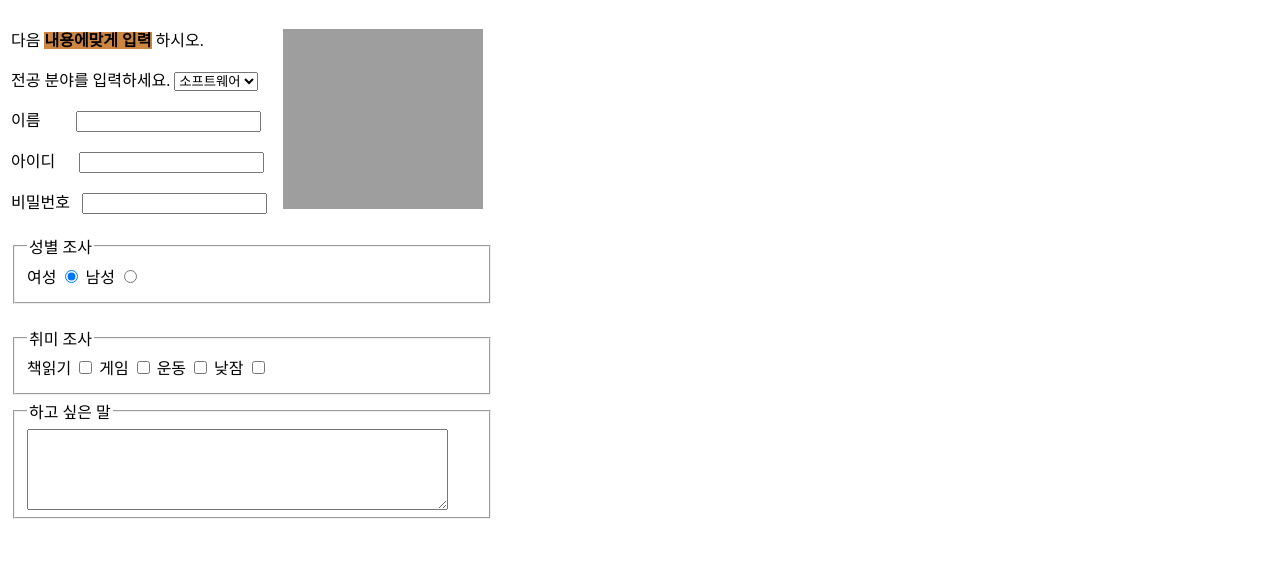
Repository: basstpgns/20201029html
Page: jsp/html/quiz03.html
These files come from the project's save history. The page is drawn as it stood at one moment and after the next save; the edit follows.
The browser window is 1280 px wide. The pictures show the whole page.
Pictures or frames that could not be fetched are drawn as grey boxes.

Above is the page before, as saved 2020-10-30 02:52:14.

After the next save:
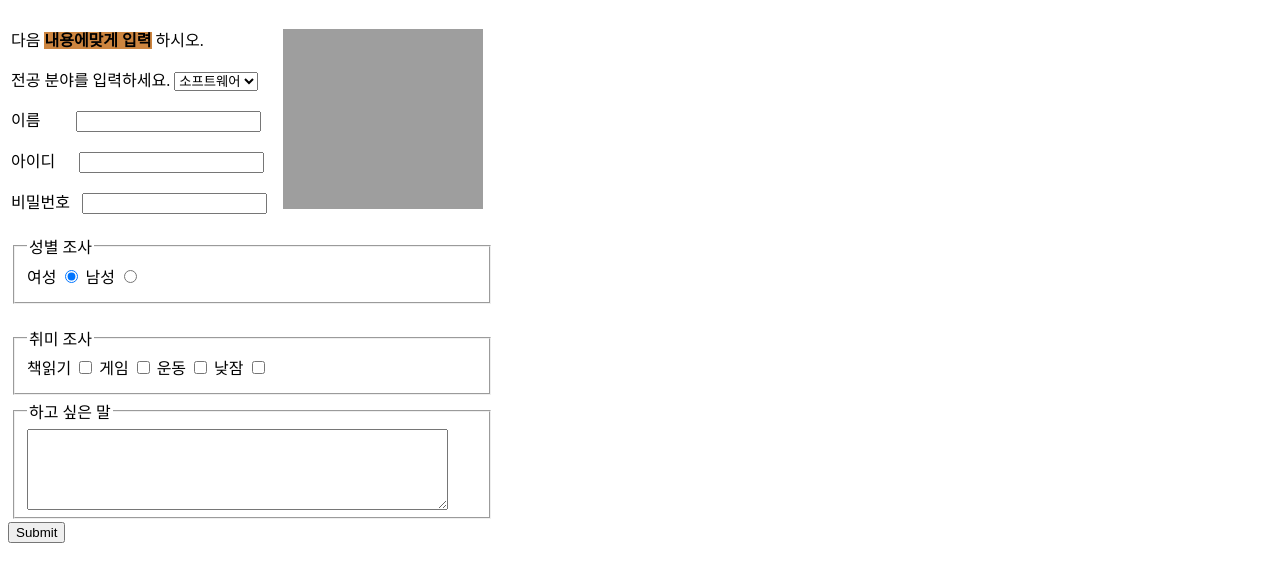
Saved 2 min 50 s later.
--- a/jsp/html/quiz03.html
+++ b/jsp/html/quiz03.html
@@ -5,7 +5,7 @@
 <title>Insert title here</title>
 </head>
 <body>
-	<form>
+	<form action="quiz02.html">
 		<table>
 			<tr>
 				<td><p>
@@ -58,6 +58,7 @@
 				</td>
 			</tr>
 		</table>
+		<input type="submit" >
 	</form>
 </body>
 </html>
